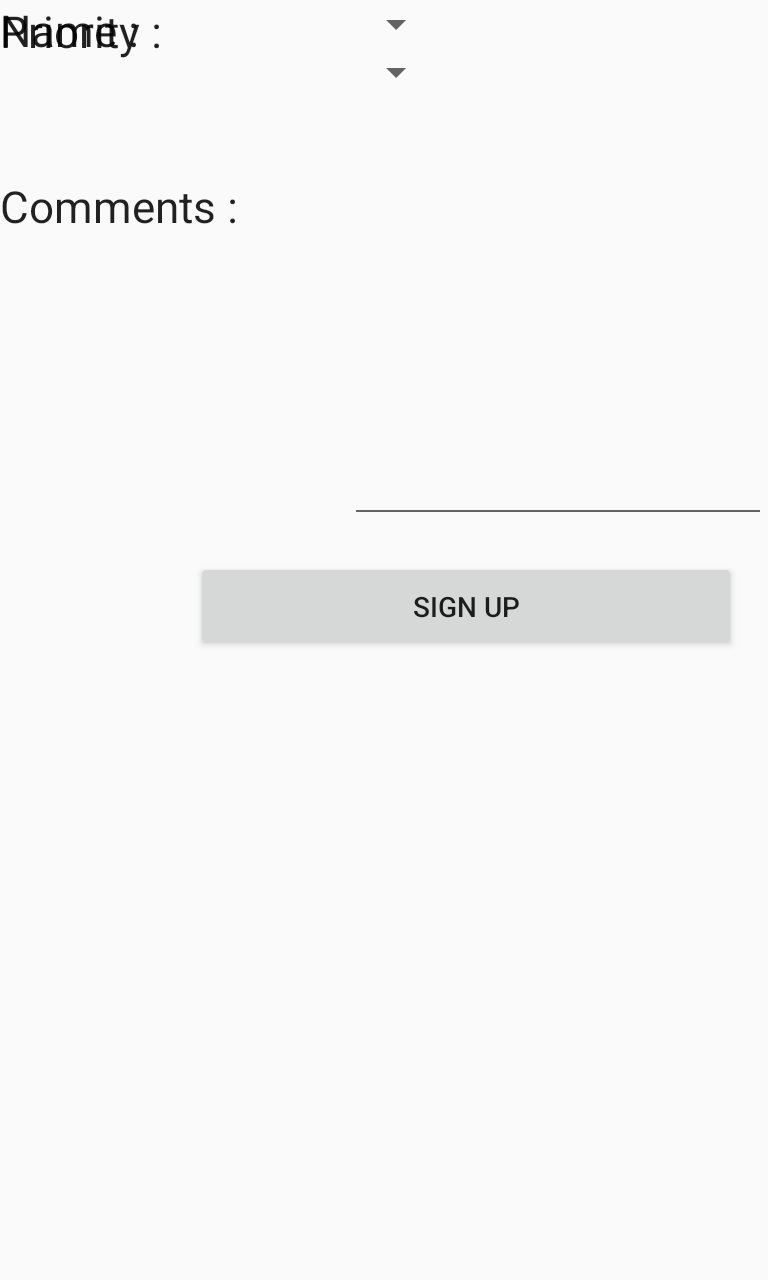
Repository: HAYKEL88/MASTER2_PFE
Layout: PFE_ANDROID/res/layout/activity_add_objectif.xml
These files come from the project's save history. The layout is drawn as it stood at one moment and after the next save; the edit follows.
It is drawn on a 768 x 1280 px phone screen (xhdpi) without system bars, with theme AppTheme; the app's code is not run.

Above is the layout before, as saved 2014-12-20 14:56:13.

After the next save:
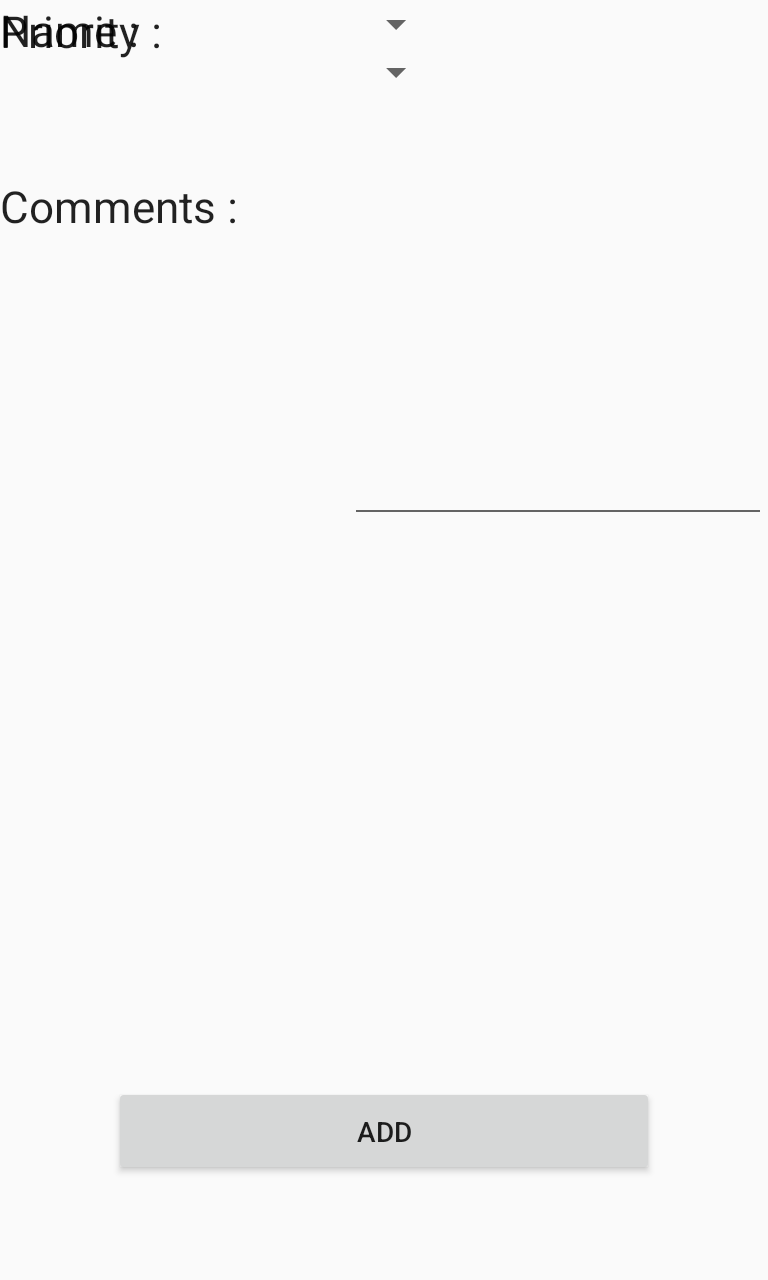
Saved 17 s later.
--- a/PFE_ANDROID/res/layout/activity_add_objectif.xml
+++ b/PFE_ANDROID/res/layout/activity_add_objectif.xml
@@ -35,7 +35,7 @@
     </RadioGroup>
 
     <EditText
-        android:id="@+id/etHeight"
+        android:id="@+id/etComments"
         android:layout_width="wrap_content"
         android:layout_height="wrap_content"
         android:layout_alignParentRight="true"
@@ -51,14 +51,14 @@
         android:id="@+id/spinnerName"
         android:layout_width="wrap_content"
         android:layout_height="wrap_content"
-        android:layout_alignLeft="@+id/etHeight"
+        android:layout_alignLeft="@+id/etComments"
         android:layout_alignParentTop="true" />
 
     <Spinner
         android:id="@+id/spinnerPriority"
         android:layout_width="wrap_content"
         android:layout_height="wrap_content"
-        android:layout_alignLeft="@+id/etHeight"
+        android:layout_alignLeft="@+id/etComments"
         android:layout_below="@+id/spinnerName" />
 
     <TextView
@@ -85,11 +85,10 @@
         android:id="@+id/btnsignup"
         android:layout_width="272dp"
         android:layout_height="wrap_content"
-        android:layout_gravity="center_horizontal"
-        android:layout_below="@+id/etHeight"
-        android:layout_marginTop="15dp"
-        android:layout_toRightOf="@+id/radioGroup1"
+        android:layout_above="@+id/tvResponse"
+        android:layout_centerHorizontal="true"
+        android:layout_marginBottom="21dp"
         android:onClick="sign_Up"
-        android:text="Sign Up" />
+        android:text="@string/button_add" />
 
 </RelativeLayout>
